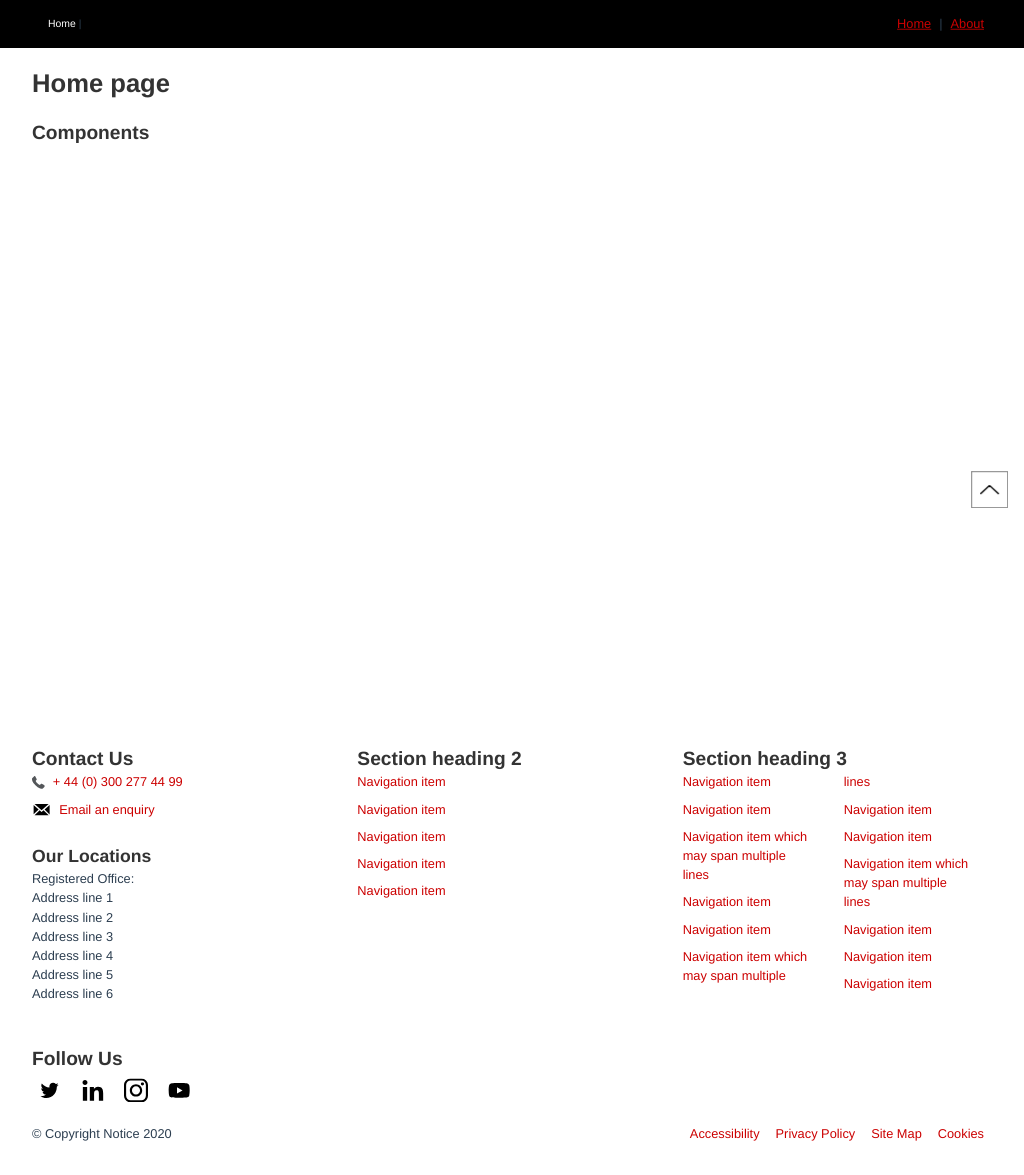
Repository: DaveBaulch/spa
Page: /
An editor plug-in stored every save of this project. The page is shown before and after the next save, followed by the edit.
The browser window is 1280 px wide. The pictures show the whole page, at 80% of full size.
The project was rebuilt for these pictures with package versions that can differ from the ones it lists, and the page was loaded fresh each time. Also part of the build but not shown: src/assets/styles/main.css.

Above is the page before, as saved 2020-10-13 13:09:52.

After the next save:
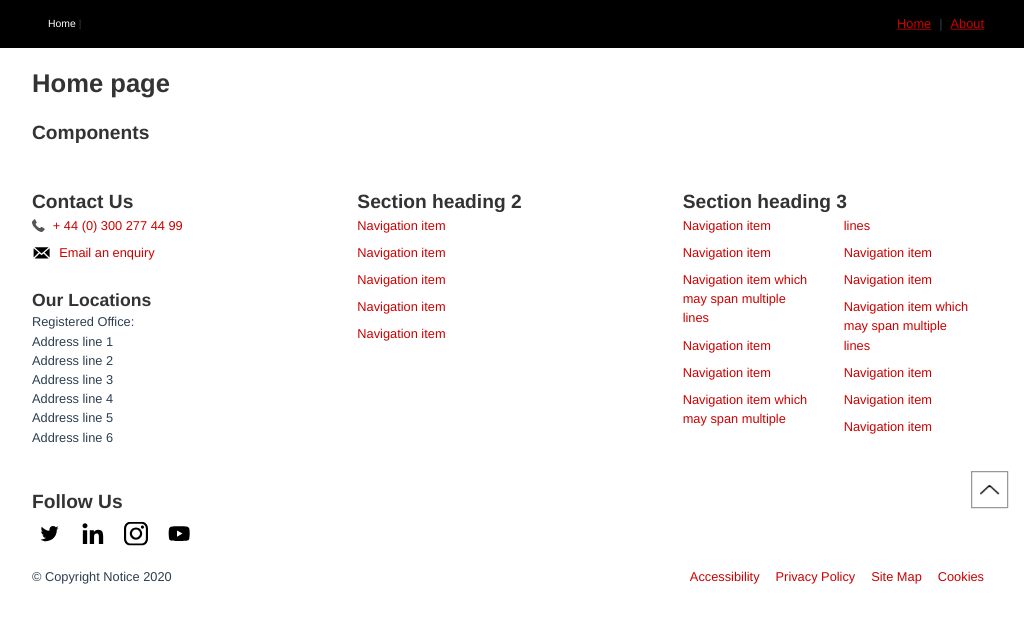
Saved 44 s later.
--- a/src/assets/sass/base/_resets.scss
+++ b/src/assets/sass/base/_resets.scss
@@ -37,5 +37,5 @@ img {
 }
 
 .main {
-  min-height: 800px;
+  // min-height: 800px;
 }
